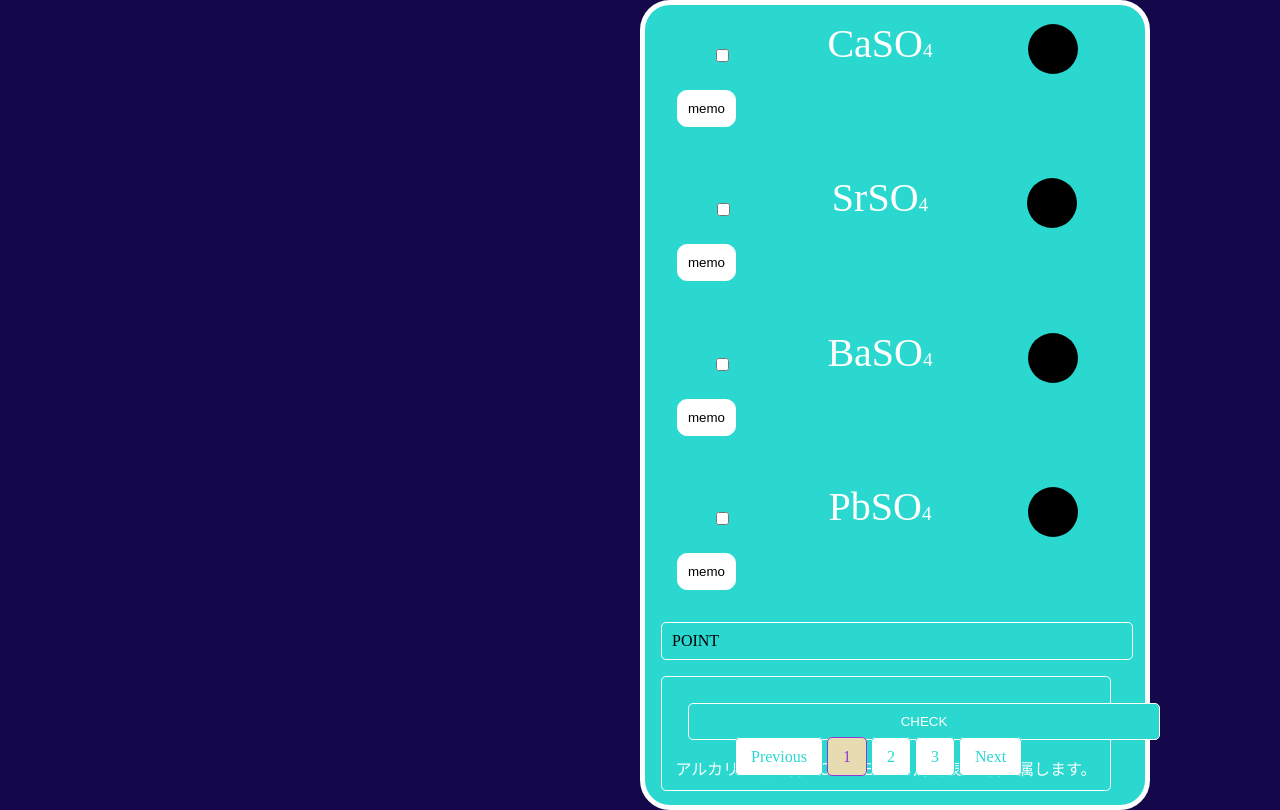
Repository: 1000sky/Inorganic_chemistry_application
Page: http://localhost/
An editor plug-in stored every save of this project. The page is shown before and after the next save, followed by the edit.
The browser window is 1280 px wide. The pictures show the whole page.
The page is served by the project's Laravel application, run on PHP 8.4 with Laravel 8.

Above is the page before, as saved 2022-07-18 18:31:24.

After the next save:
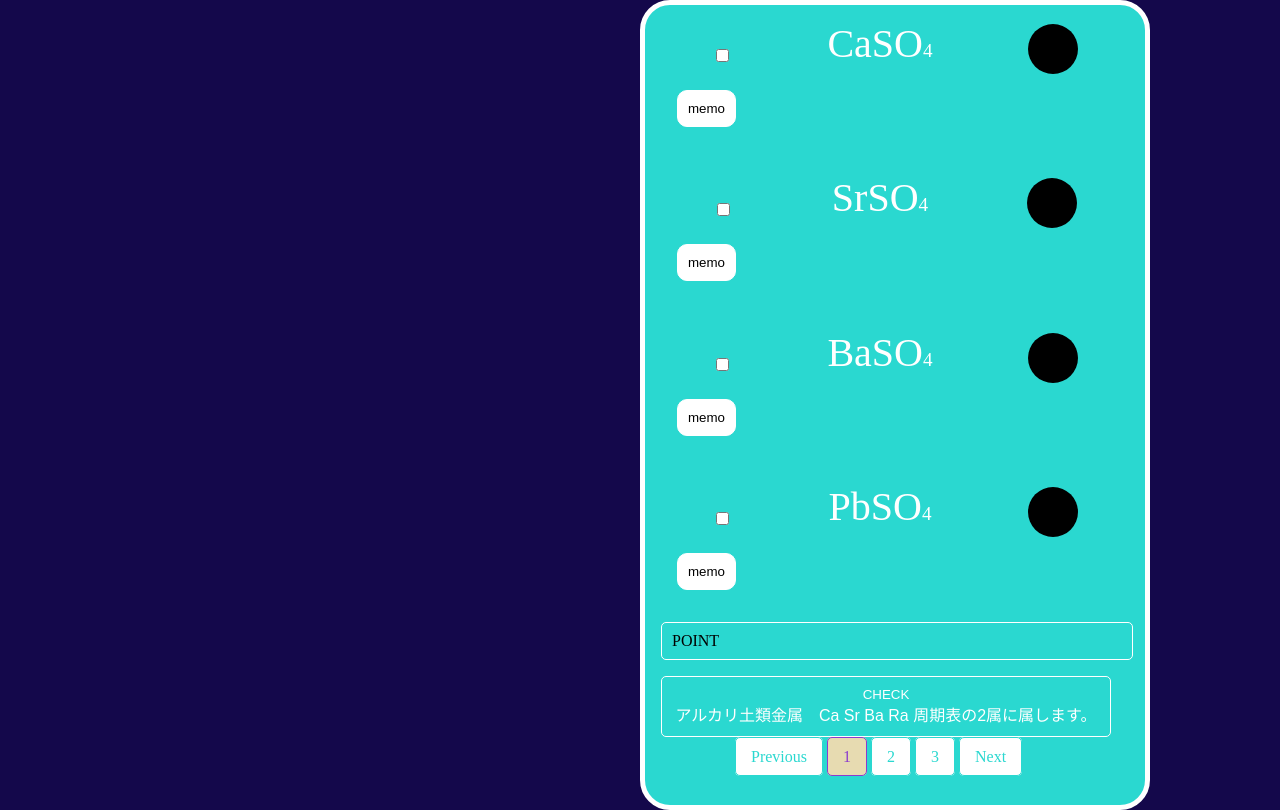
Saved 29 s later.
--- a/application/resources/views/index.blade.php
+++ b/application/resources/views/index.blade.php
@@ -68,7 +68,7 @@
 
         {{--  --}}
         <button id="check">
-          <p id="check">CHECK</p>
+          <p id="check-button">CHECK</p>
           <p id="check-text">アルカリ土類金属　Ca Sr Ba Ra   周期表の2属に属します。</p>
 
         </button>
